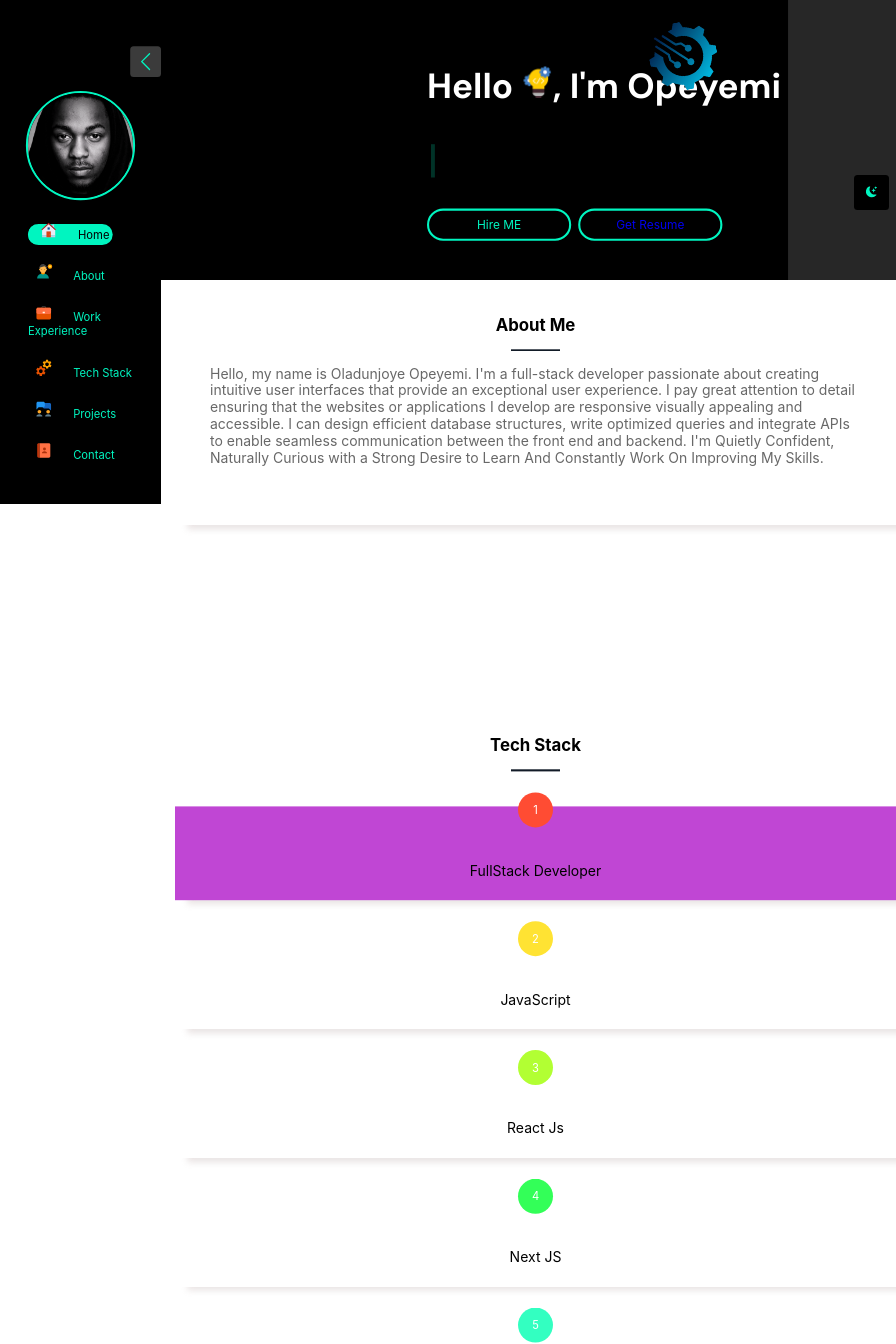
Repository: Laoye99/portfolio
Page: /
These files come from the project's save history. The page is drawn as it stood at one moment and after the next save; the edit follows.
The browser window is 1280 px wide. The pictures show the part of the page from y = 0 to 1920 px (the page is 2877 px tall), at 70% of full size.
The project was rebuilt for these pictures with package versions that can differ from the ones it lists, and the page was loaded fresh each time. Imported but missing from the stored project, and not drawn on this page: src/components/Home/MyResume.pdf.

Above is the page before, as saved 2024-02-15 14:31:07.

### src/App.js
import './App.css';
import { createContext, useState } from 'react';
import ScrollToTop from 'react-scroll-to-top';
import Navbar from './components/SideNav/Navbar';
import Sidebar from './components/SideNav/Sidebar';
import About from './components/About/About';
import TechStack from './components/TechStack/TechStack';

export const ThemeContext = createContext(null);

const App = () => {
  const [theme, setTheme] = useState("light");

  const changeTheme = () => {
    setTheme((prev) => (prev === "light" ? "dark" : "light"));
  };
  return (
    <ThemeContext.Provider value={{ theme, changeTheme }}>
    <div id={theme}>
    <Navbar/>
    <Sidebar changeTheme={changeTheme} theme={theme}/>
    <About/>
    <TechStack/>
    </div>
    <ScrollToTop
    top="200"
    smooth
    height="20"
    width="20"
    color="#00f5c0"
    style={{ borderRadius: "90px ", backgroundColor: "#000000" }}
    />
    </ThemeContext.Provider>
  );
}

export default App;

### src/App.css
::-webkit-scrollbar {
  width: 8px;
  height: auto;
}

::-webkit-scrollbar-track {
  box-shadow: inset 0 0 5px rgb(103, 100, 109);
}

::-webkit-scrollbar-thumb {
  background-color: #121b27;
  border-radius: 5px;
}

::-webkit-scrollbar-thumb:hover {
  background-color: rgba(189, 59, 210, 0.94);
}

#dark {
  background-color: #273746;
  color: #ffffff;
}

### src/components/SideNav/Navbar.js
import { useState } from "react";
import "./Navbar.css";
import {GiHamburgerMenu} from "react-icons/gi";
import { Link } from "react-scroll";
import {
    FcHome,
    FcBriefcase,
    FcContacts,
    FcServices,
    FcCollaboration,
    FcPortraitMode } from "react-icons/fc";

const Navbar = () => {
    const [open, setOpen] = useState(false);

    const handleClick = () => {
        setOpen(!open);
    };
    return(
        <div className="navbar">
        <div className="navbar-header">
        <p>
        <GiHamburgerMenu size={25} onClick={handleClick} />
        </p>
        </div>
        {open ? (
        <div className="nav">
        <ul>
        <li className="nav-item">
        <Link
        to="home"
        spy={true}
        smooth={true}
        duration={100}
        offset={-100}
        >
        <FcHome size={25}/>
        Home
        </Link>
        </li>
        <li className="nav-item">
        <Link
        to="about"
        spy={true}
        smooth={true}
        duration={100}
        offset={-100}
        >
        <FcPortraitMode size={25}/>
        About
        </Link>
        </li>
        <li className="nav-item">
        <Link
        to="project"
        spy={true}
        smooth={true}
        duration={100}
        offset={-100}
        >
        <FcBriefcase  size={25}/>
        Work Experience
        </Link>
        </li>
        <li className="nav-item">
        <Link
        to="stack"
        spy={true}
        smooth={true}
        duration={100}
        offset={-100}
        >
        <FcServices  size={25} />
        Tech Stack
        </Link>
        </li>
        <li className="nav-item">
        <Link
        to="project"
        spy={true}
        smooth={true}
        duration={100}
        offset={-100}
        >
        <FcCollaboration   size={25} />
        Projects
        </Link>
        </li>
        <li className="nav-item">
        <Link
        to="contact"
        spy={true}
        smooth={true}
        duration={100}
        offset={-100}
        >
        <FcContacts size={25}/>
        Contact
        </Link>
        </li>
        </ul>
        </div>
        ) : null}
        </div>
    );
};

export default Navbar;

### src/components/SideNav/Sidebar.js
import { useState } from "react";
import { BsChevronLeft, BsChevronRight } from "react-icons/bs";
import "./Sidebar.css";
import SidebarList from "./SidebarList";
import Home from "../Home/Home";


const Sidebar = ({ theme,changeTheme }) => {
    const [expandSidebar, setExpandSidebar] = useState(true);

    const handleExpandClick = () => {
        setExpandSidebar(!expandSidebar);
    };
    return(
        <div className="container-fluid sidebar-section">
        <div className={expandSidebar ? "sidebar-expand sidebar" : "sidebar"}>
        <div className="icon-sidebar">
        <p onClick={handleExpandClick}>
        {expandSidebar ? (
            <BsChevronLeft size={30} color="#00f5c0"/>
            ) : (
        <BsChevronRight size={30} color="#00f5c0"/>
            )}
        </p>
        </div>
        <SidebarList expandSidebar={expandSidebar} />
        </div>
        <div className="container-fluid">
          <Home changeTheme = {changeTheme} theme = {theme}/>
        </div>

        </div>
    );
};

export default Sidebar;

### src/components/About/About.js
import React from "react";
import ProfilePic from "../../Image/Screenshot (29).png";
import {Fade} from "react-awesome-reveal";
import {Flip} from "react-awesome-reveal";
import './About.css';
const About = () => {
    return(
        <div className="container about-section" id="about">
    <div className="row">
      <div className="col-xl-6 col-lg-6 col-md-12 col-sm-12">
        <div className="about-details">
          <Flip left>
            <div className="about-title">
              <h2>About Me</h2>
              <span className="line"></span>
            </div>
          </Flip>

          <Fade right>
            <p className="description">
              Hello, my name is Oladunjoye Opeyemi.
              I'm a full-stack developer
              passionate about creating intuitive
              user interfaces that provide
              an exceptional user experience.
              I pay great attention to detail
              ensuring that the websites or applications
              I develop are responsive
              visually appealing and accessible.
              I can design efficient database
              structures, write optimized queries
              and integrate APIs to enable
              seamless communication between
              the front end and backend.
              I'm Quietly Confident, Naturally Curious
               with a Strong Desire to
              Learn And Constantly Work On Improving My Skills.
            </p>
          </Fade>
        </div>
      </div>
    </div>
  </div>
    )
};

export default About;

### src/components/TechStack/TechStack.js
import React, { useState } from "react";
import "./TechStack.css";
import { Fade } from "react-awesome-reveal";
import { Zoom } from "react-awesome-reveal";


const TechStack = () => {
    const data = [
        {
          name: "FullStack Developer",
        },

        {
          name: "JavaScript",
        },
        {
          name: "React Js",
        },
        {
          name: "Next JS",
        },
        {
          name: "CSS",
        },
        {
          name: "HTML5",
        },
        {
          name: "BootStrap",
        },
        {
          name: "TailwindCSS",
        },
        {
          name: "React Native",
        },
        {
          name: "Vanilla JS",
        },
        {
          name: "SCSS",
        },
        {
          name: "Git",
        },
        {
          name: "GitHub",
        },
        {
          name: "Java",
        },
        {
          name: "Springboot",
        },
        {
          name: "Servlet",
        },
        {
          name: "Maven",
        },
        {
          name: "Eclipse IDE",
        },
        {
            name: "IntelliJ IDE",
        },
        {
            name: "MySQL",
        },
        {
            name: "Postman",
        },
        {
            name: "MySQL",
        },
        {
            name: "Tomcat",
        },
      ];

      const colors = [
        "#FF4C33",
        "#FFE333",
        "#B2FF33",
        "#33FF58",
        "#33FFC1",
        "#33CAFF",
        "#3355FF",
        "#9333FF",
        "#F033FF",
        "#FF33C4",
        "#FF3386",
        "#FF334C",
        "#33FF42",
        "#FF3633",
        "#9C33FF",
        "#33FFF6",
        "#33FF58",
        "#FF33C4",
        "#034694",
        "#5A0394",
        "#940303",
        "#944403",
        "#449403",
        "#03945C"
      ];

      const [showMoreTechStack, setMoreTechStack] = useState(9);

      const loadMore = () => {
        setMoreTechStack((prev) => prev + 3);
      };
      return (
        <div className="container techstack-section" id="stack">
      <div className="section-title">
        <h2>Tech Stack</h2>
        <span className="line"></span>
      </div>

      <div className="row">
        {data.slice(0, showMoreTechStack).map((item, index) => (
          <Fade right>
            <div className="col-xl-4 col-lg-4 col-md-6 col-sm-12" key={index}>
              <div
                className={
                  index === 0
                    ? "tech-content-marked tech-content"
                    : "tech-content"
                }
              >
                <span
                  className="tech-number"
                  style={{ backgroundColor: colors[index] }}
                >
                  {index + 1}
                </span>
                <p>{item.name}</p>
              </div>
            </div>
          </Fade>
        ))}
      </div>

      {showMoreTechStack >= data.length ? null : (
        <Zoom>
          <span className="load-more" onClick={loadMore}>
            Load More
          </span>
        </Zoom>
      )}
    </div>
      );
};

export default TechStack;

### src/components/SideNav/Navbar.css
.navbar {
    position: sticky;
    top: 0;
    z-index: 1;
  }

  .navbar-header {
    width: 100%;
    background-color: #00f5c0;
    color: #000000;
    padding: 5px;
  }

  .navbar-header p svg {
    margin-left: 10px;
    cursor: pointer;
    margin-top: 20px;
    margin-right: 5px;
  }

  .nav {
    height: auto;
    width: 210px;
    background-color: #000000;
    margin-top: 30px;
    padding-top: 10px;
    padding-bottom: 10px;
  }

  .nav ul li {
    color: #000000;
    list-style-type: none;
    cursor: pointer;
    text-decoration: none;
    margin-top: 30px;
  }

  .nav ul li a {
    text-decoration: none;
    color: #00f5c0;
  }

  .nav-item .active {
    color: #000000;
    background-color: #00f5c0;
    border-radius: 90px;
    padding: 5px;
    width: 100%;
  }

  @media (min-width: 1000px) {
    .navbar {
      display: none;
    }
  }

### src/components/SideNav/Sidebar.css
.sidebar-section {
    display: flex;
    background-color: #030303da;
  }

  .sidebar {
    height: 100vh;
    background-color: #000000;
    width: 95px;
    position: fixed;
  }

  .sidebar-expand {
    width: 230px;
  }

  .container-fluid {
    padding-left: 0px !important;
    padding-right: 0px !important;
    overflow: hidden;
  }

  .icon-sidebar {
    display: flex;
    align-items: right;
    justify-content: right;
    cursor: pointer;
  }

  .icon-sidebar p svg {
    background-color: #3b3b3b;
    padding: 7px;
    color: #00f5c0;
    border-radius: 5px;
    margin-top: 50px;
  }

  @media (max-width: 1000px) {
    .sidebar {
      display: none;
    }
  }

### src/components/Home/Home.js
import React from 'react';
import Typewriter from 'typewriter-effect';
import { BsFillMoonStarsFill, BsSun } from 'react-icons/bs';
import { Fade } from 'react-awesome-reveal';
import concept from "../../Image/concept.png";
import automation from "../../Image/automation.png";
import "./Home.css";
import MyCv from './MyResume.pdf';



const Home = ({theme, changeTheme}) => {
    return(
        <div className='container-fluid home' id="home">
        <div  className='theme-change' onClick={changeTheme}>
        {theme === "light" ? (
            <p>
            <BsFillMoonStarsFill />{" "}
            </p>
            ) : (
                <p className='sun-light-icon'>
                <BsSun/>
                </p>
            )}
        </div>

        <div className='container home-content'>
        <Fade right>
        <h1>
        Hello <img alt='vector' src={concept}/>, I'm Opeyemi
        </h1>

        <h2>
        <Typewriter
        options={{
            strings: [
              "Frontend Developer",
              "Backend Developer",
              "Software Engineer",
            ],
            autoStart: true,
            loop: true,
            delay: 5,
          }}
        />
        </h2>
        </Fade>

        <Fade bottom>
        <div className='button-for-action'>
        <div className='hire-me-button'>Hire ME</div>
        <div className="get-resume-button">
              <a href={MyCv} download="Opeyemi_cv">
                Get Resume
              </a>
            </div>
        </div>
        </Fade>
        <img className='automation' alt='automation' src={automation}/>
        </div>
        </div>
    )

};

export default Home;

### src/components/About/About.css
.about-section {
    box-shadow: 15px 9px 9px -2px rgba(230, 224, 244, 0.86);
    -webkit-box-shadow: 15px 9px 9px -2px rgba(230, 224, 224, 0.86);
    -moz-box-shadow: 15px 9px 9px -2px rgba(230, 224, 224, 0.86);

    margin-top: 50px;
    height: 300px;
    margin-left: 250px;
    padding: 0px 50px;
  }

  #dark .about-section {
    box-shadow: none;
    background-color: #17202a;
    box-shadow: -6px 11px 5px -4px rgba(0, 0, 0, 0.42);
    -webkit-box-shadow: -6px 11px 5px -4px rgba(0, 0, 0, 0.42);
    -moz-box-shadow: -6px 11px 5px -4px rgba(0, 0, 0, 0.42);
  }


  #dark .about-image img {
    border: 5px solid #ffffff;
  }

  .about-details {
    margin-top: 50px;
  }

  .about-title h2 {
    text-align: center;
  }
  .description {
    font-size: 20px;
    color: #686868;
  }

  #dark .description {
    color: #ffffff;
  }

  .line {
    display: block;
    width: 70px;
    height: 3px;
    margin: 1px auto;
    background-color: #121b27;
  }

  #dark .line {
    background-color: #ffffff;
  }

  @media (max-width: 1000px) {
    .about-image {
      display: none;
    }
    .about-section {
      margin: 50px auto;
      height: auto;
    }
  }

### src/components/TechStack/TechStack.css
.techstack-section {
    margin-top: 300px;
    height: auto;
    margin-bottom: 40px;
    margin-left: 250px;
  }

  .section-title h2 {
    text-align: center;
  }

  .tech-content {
    padding: 10px;
    color: #000;
    margin-top: 50px;
    box-shadow: 15px 9px 9px -2px rgba(230, 224, 244, 0.86);
    -webkit-box-shadow: 15px 9px 9px -2px rgba(230, 224, 224, 0.86);
    -moz-box-shadow: 15px 9px 9px -2px rgba(230, 224, 224, 0.86);
  }

  #dark .tech-content {
    background-color: #03945c;
    color: #ffffff;
    box-shadow: -6px 11px 5px -4px rgba(0, 0, 0, 0.42);
    -webkit-box-shadow: -6px 11px 5px -4px rgba(0, 0, 0, 0.42);
    -moz-box-shadow: -6px 11px 5px -4px rgba(0, 0, 0, 0.42);
  }

  #dark .tech-content:hover {
    background-color: #121b27;
    transition-duration: 1s;
  }

  .tech-content-marked {
    background-color: rgba(189, 59, 210, 0.94);
  }

  .tech-content p {
    text-align: center;
    padding-top: 30px;
    font-size: 20px;
  }

  .tech-content:hover {
    background-color: #121b27;
    color: #fff;
    cursor: pointer;
    transition-duration: 1s;

    box-shadow: -6px 11px 5px -4px rgba(0, 0, 0, 0.42);
    -webkit-box-shadow: -6px 11px 5px -4px rgba(0, 0, 0, 0.42);
    -moz-box-shadow: -6px 11px 5px -4px rgba(0, 0, 0, 0.42);
  }

  .tech-number {
    border-radius: 90px;
    height: 50px;
    width: 50px;
    color: #fff;
    text-align: center;
    align-items: center;
    justify-content: center;
    display: block;
    margin: 0 auto;
    margin-top: -30px;
    line-height: 50px;
  }

  .load-more {
    background-color: #121b27;
    width: 150px;
    padding: 10px;
    color: #ffffff;
    text-align: center;
    justify-content: center;
    cursor: pointer;
    display: table;
    margin-left: auto;
    margin-right: auto;
    margin-top: 35px;
    border-radius: 5px;
    margin-bottom: 40px;
    font-size: 20px;
  }

  #dark .load-more {
    background-color: #17202a;
  }

  .load-more:hover {
    background-color: rgba(189, 59, 210, 0.94);
    transition-duration: 1s;
  }
  #dark .load-more:hover {
    background-color: #121b27;
    transition-duration: 1s;
  }

  @media (max-width: 1000px) {
    .techstack-section {
      margin: 50px auto;
    }
  }

### src/components/SideNav/SidebarList.css
.sidebar-profile-pic img {
    border-radius: 90px;
    margin-top: 10px;
    height: 150px;
    width: 150px;
    display: flex;
    vertical-align: middle;
    margin: 0 auto;
    object-fit: cover;
    border: 3px solid #00f5c0;
  }

  .navbar-items ul li {
    color: #00f5c0;
    list-style-type: none;
    cursor: pointer;
    margin-top: 30px;
  }

  .navbar-items ul li svg {
    margin-right: 25px;
    margin-left: 10px;
  }

  .navbar-items-only-icons ul li {
    margin-top: 30px;
    cursor: pointer;
    list-style-type: none;
  }

  .navbar-items-only-icons ul li svg {
    margin-left: 10px;
  }

  .navbar-items ul li a {
    text-decoration: none;
  }
  .nav-item .active {
    border-left: 2px solid #00f5c0;
    color: #000000;
  }

### src/components/Home/Home.css
@import url("https://fonts.googleapis.com/css2?family=DM+Sans:wght@700&display=swap");

.home {
  height: 400px;
  background-color: #000000;
  color: #00f5c0;

}

.home-content {
  padding: 10px;
  margin-top: 30px;
  margin-left: 600px;
  position: relative;
}
/* rgba(189, 59, 210, 0.94) */

.home-content h1 {
  font-family: DM Sans;
  font-size: 50px;
  font-weight: 700;
  line-height: 6.2rem;
  color: #ffffff;
}

.home-content h1 img {
  width: 45px;
}

.home-content h2 {
  margin-top: 20px;
  color: #00f5c0;
  font-size: 40px;
}

.button-for-action {
  display: flex;
}

.hire-me-button {
  background-color: #000000;
  text-align: center;
  width: 180px;
  padding: 10px;
  border-radius: 90px;
  border: 3px solid #00f5c0;
  cursor: pointer;
  margin-top: 10px;
  font-size: 17px;
}

.hire-me-button:hover {
  background-color: #00f5c0;
  width: 250px;
  color: #000;
  transition-duration: 1s;
  font-size: 20px;
}
.get-resume-button {
  background-color: #000000;
  text-align: center;
  width: 180px;
  padding: 10px;
  border-radius: 90px;
  border: 3px solid #00f5c0;
  cursor: pointer;
  margin-top: 10px;
  margin-left: 10px;
  font-size: 17px;
}

.get-resume-button:hover {
  background-color: #00f5c0;
  width: 250px;
  color: #000;
  transition-duration: 1s;
  font-size: 20px;
}

.get-resume-button a {
  text-decoration: none;
}

.automation {
  position: absolute;
  top: 0;
  right: 100px;
  height: 100px;
  animation: rotation infinite 5s linear;
}

@media (max-width: 450px) {
  .automation {
    bottom: 0;
  }
}

.theme-change {
  justify-content: center;
  height: 50px;
  width: 50px;
  background-color: #000000;
  right: 0;
  margin-right: 10px;
  text-align: center;
  vertical-align: middle;
  line-height: 20px;
  position: fixed;
  top: 150;
  margin-top: 250px;
  border-radius: 5px;
  cursor: pointer;
  z-index: 1;
}

.sun-light-icon {
  animation: rotation infinite 5s linear;
}

@keyframes rotation {
  from {
    transform: rotate(0deg);
  }

  to {
    transform: rotate(360deg);
  }
}
@media (max-width: 1000px) {
  .home-content {
    margin: 30px auto;
  }
}

Loaded but not shown: public/index.html (common file); src/index.js (common file); src/index.css (common file); src/reportWebVitals.js (common file); src/components/SideNav/SidebarList.js (169 lines, source omitted)

After the next save:
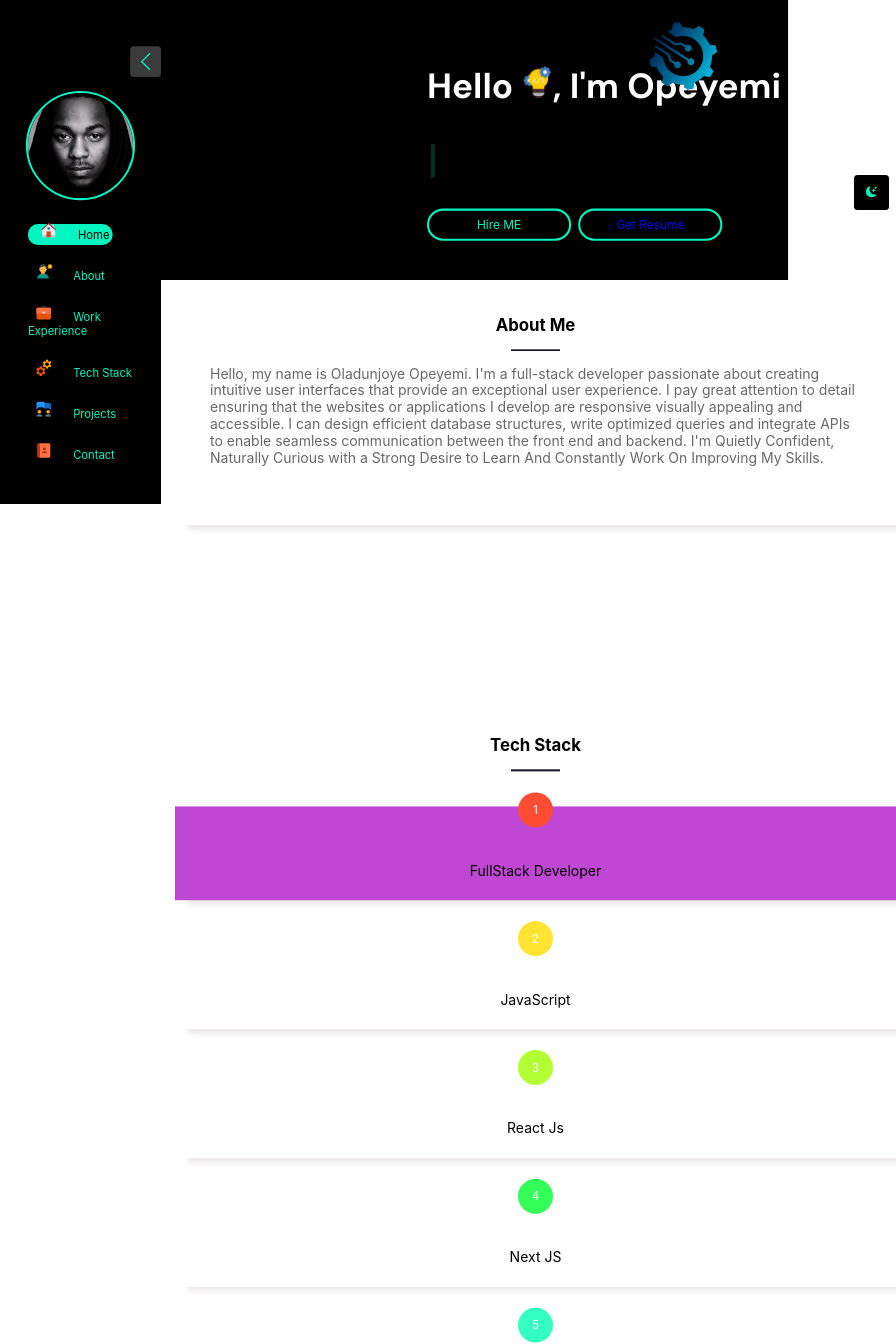
Saved 42 s later.
--- a/src/components/SideNav/Sidebar.css
+++ b/src/components/SideNav/Sidebar.css
@@ -1,6 +1,6 @@
 .sidebar-section {
     display: flex;
-    background-color: #030303da;
+    /* background-color: #030303da; */
   }
 
   .sidebar {
